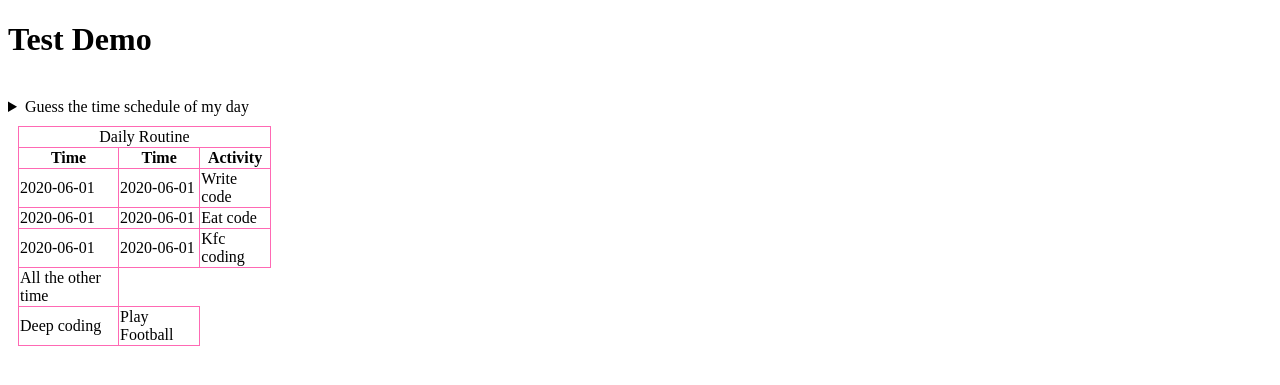
Repository: cavidk/taco_shop-web
Page: html basics/index.html
These files come from the project's save history. The page is drawn as it stood at one moment and after the next save; the edit follows.
The browser window is 1280 px wide. The pictures show the whole page.

Above is the page before, as saved 2024-06-07 16:41:33.

### html basics/index.html
<!DOCTYPE html>
<html lang="en">

<head>
   <meta charset="UTF-8">
   <meta name="viewport" content="width=device-width, initial-scale=1.0">
   <link rel="stylesheet" href="style.css" type="text/css">
   </link>
   <title>Document</title>
</head>

<body>
   <h1>Test Demo</h1>
   <br>
   <aside>
      <details>
         <summary>Guess the time schedule of my day</summary>
         <p>Details</p>

   </aside>


   <table border="2">

      <td id="head1" colspan="3">Daily Routine</td>
      <tr>
         <th>Time</th>
         <th>Time</th>
         <th>Activity</th>
      <tr id="border1">
         <td>
            <time datetime="2020-06-01">2020-06-01</time>
           </td>
             <td>
            <time datetime="11:00">2020-06-01</datetime>
         </td>
         <td>Write code</td>
      </tr>

      <tr>
         <td>
            <time datetime="2020-06-01">2020-06-01</time>
           </td>
           <td>
            <time datetime="11:00">2020-06-01</datetime>
           </td
         </td>
         <td>Eat code</td>
      </tr>

      <tr>
         <td>
            <time datetime="2020-06-01">2020-06-01</time>
           </td>
             <td>
            <time datetime="11:00">2020-06-01</datetime>
         </td>
         <td>Kfc coding</td>
      </tr>

      <tr>
         <td>
            All the
            other time
         </td>
         <tr >
         <td>Deep coding</td>
         <td>Play Football</td>
         </tr>
      </tr>
   </table>

</body>

</html>

### html basics/style.css
table{
      width: 20%;
      border-collapse: collapse;
      margin: 10px;
      padding: 10px;;
      border-radius: 50px;
      border: none;
      border-color: hotpink
}

#head1{

    text-align: center;
}

After the next save:
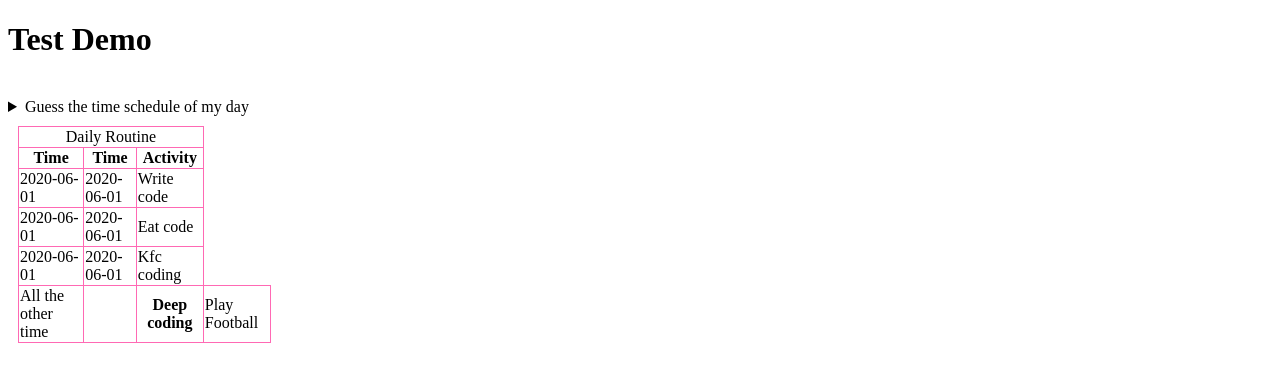
Saved 79 s later.
--- a/html basics/index.html
+++ b/html basics/index.html
@@ -63,9 +63,10 @@
             All the
             other time
          </td>
-         <tr >
-         <td>Deep coding</td>
+         <th >
+         <th>Deep coding</td>
          <td>Play Football</td>
+         </th>
          </tr>
       </tr>
    </table>
